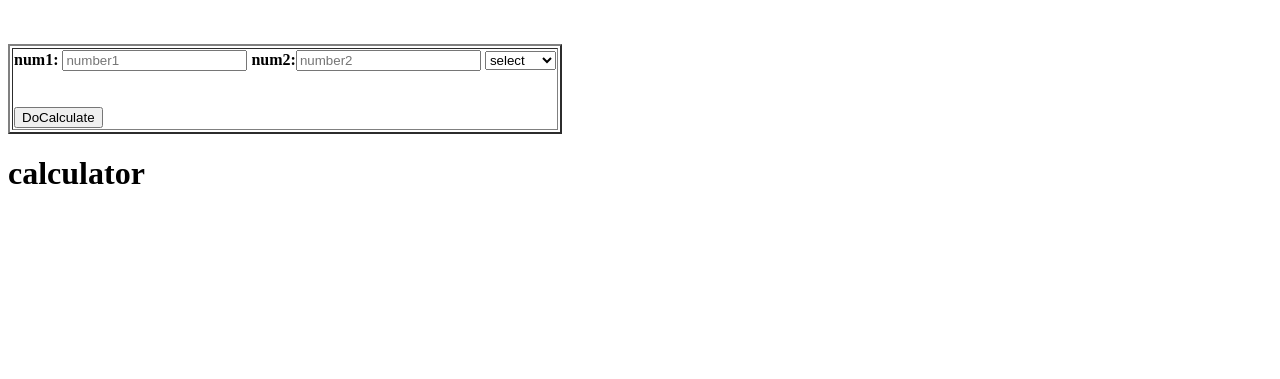
Repository: ravikumar0303/Advance-Java
Page: JSPCalculator/src/main/webapp/calculator.html
The author's editor kept a copy of each file at every save. The page is drawn from the files as they stood at one save, then again after the next save.
The browser window is 1280 px wide. The pictures show the whole page.

Above is the page before, as saved 2023-06-24 11:20:22.

After the next save:
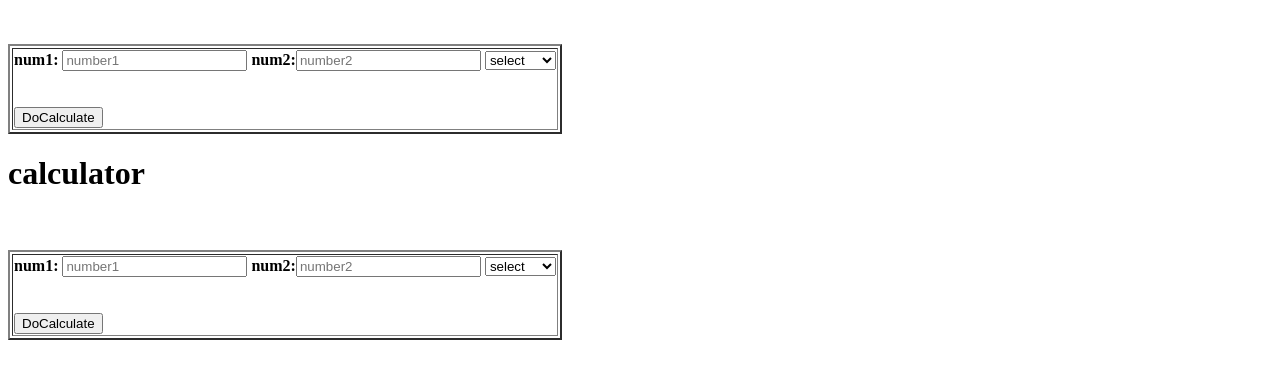
Saved 41 s later.
--- a/JSPCalculator/src/main/webapp/calculator.html
+++ b/JSPCalculator/src/main/webapp/calculator.html
@@ -30,7 +30,32 @@
 			</tr>
 		</table>
 	</div>
-	<h1>calculator</h1>
+	                      <h1>calculator</h1>
+
+	                      <br></br>
+	<div>
+		<table border="2px">
+			<tr>
+				<td>
+					<form action="ToCalculate.jsp" method="doPost" />
+				   <b></form> num1: <input type="text" name="num1" id="num1" placeholder="number1"/>
+					<b>num2:<input type="text"name="num2" id="num2" placeholder="number2"/>
+
+					 <select onClick="btn" id="btn" name="btn">
+						<option>select</option>
+						<option value="add" id="btn">Addition</option>
+						<option value="sub" id="btn">Sub</option>
+						<option value="mul" id="btn">mul</option>
+						<option value="div" id="btn">div</option>
+				</select><br><br><br>
+					<button type="submit" name="btn" id="btn">DoCalculate</button>
+
+
+					</form>
+				</td>
+			</tr>
+		</table>
+	</div>
 
 
 
